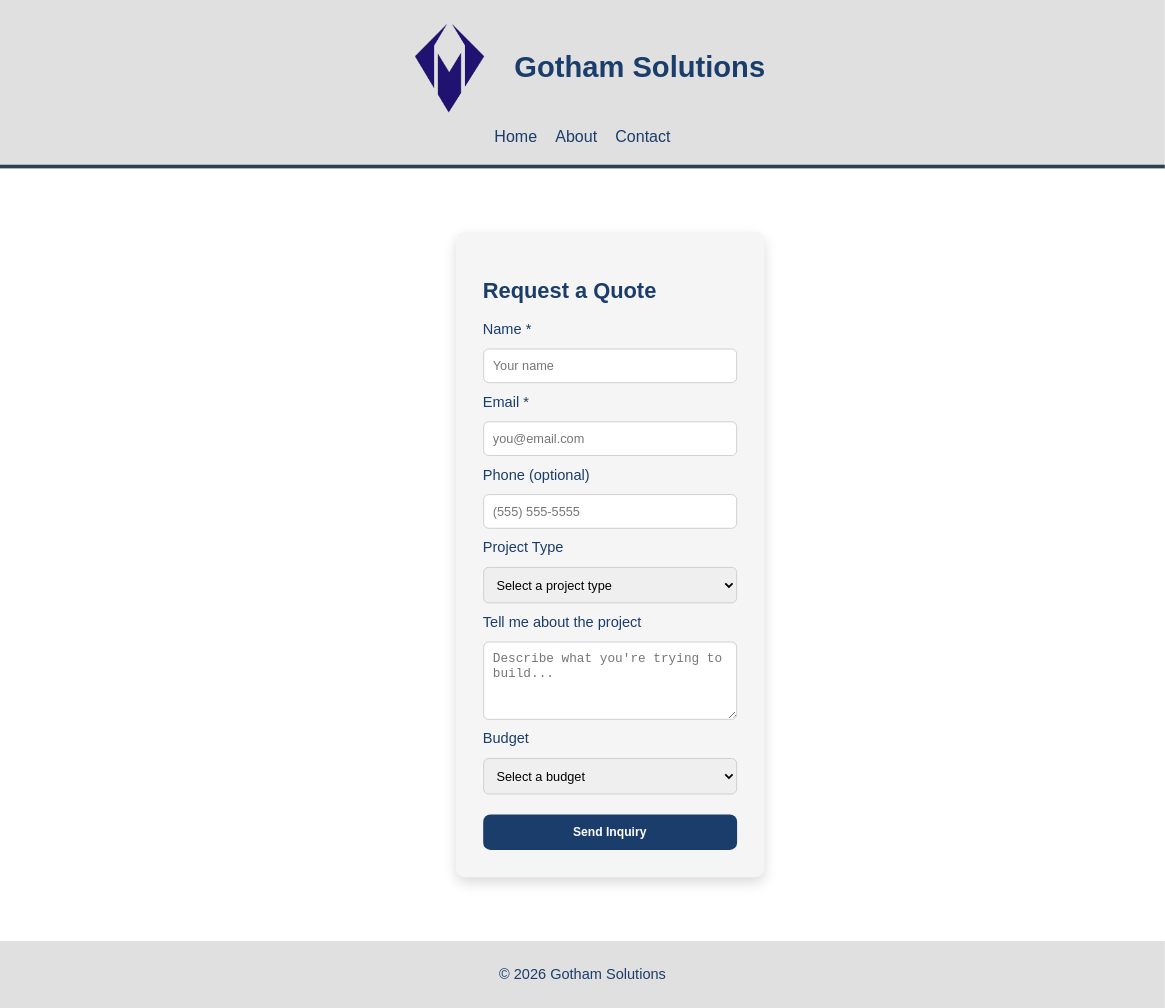
Repository: kmm569/gothamsolutions
Page: contact.html
An editor plug-in stored every save of this project. The page is shown before and after a run of saves, followed by the edit.
The browser window is 1280 px wide. The pictures show the whole page, at 91% of full size.

Above is the page before, as saved 2026-03-06 13:17:15.

After the next 2 saves:
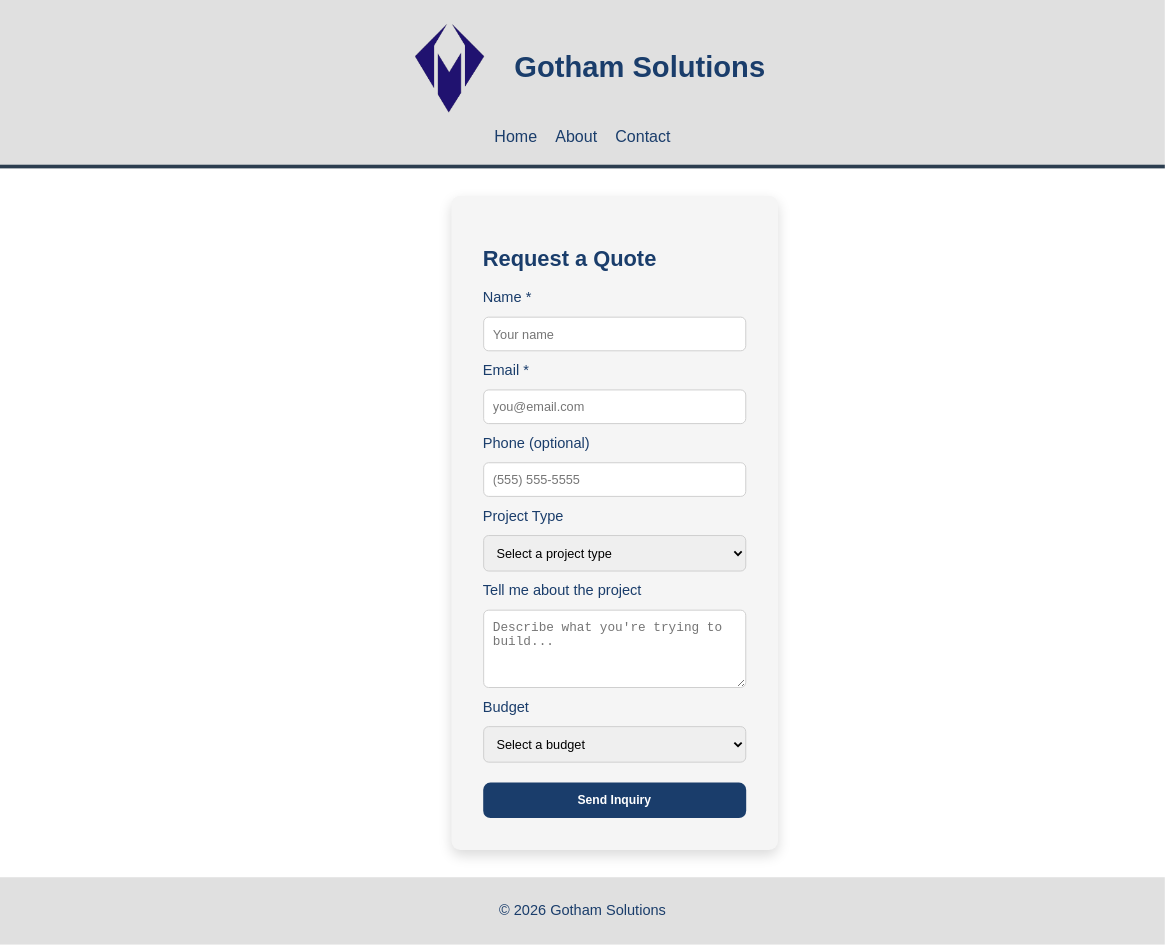
The 2 saves are shown as one change because they came seconds apart.
The last was saved 16 s later.
--- a/styles.css
+++ b/styles.css
@@ -178,16 +178,12 @@ main{
 
 .form-card{
 	background:#F5F5F5;
-	padding:30px;
+	padding:35px;
 	border-radius:10px;
 	box-shadow:0 6px 14px rgba(0,0,0,0.15);
 
-	max-width:900px;
+	max-width:640px;
 	width:100%;
-
-	margin:40px auto;
-
-	display:block;
 }
 
 .form-card form{
